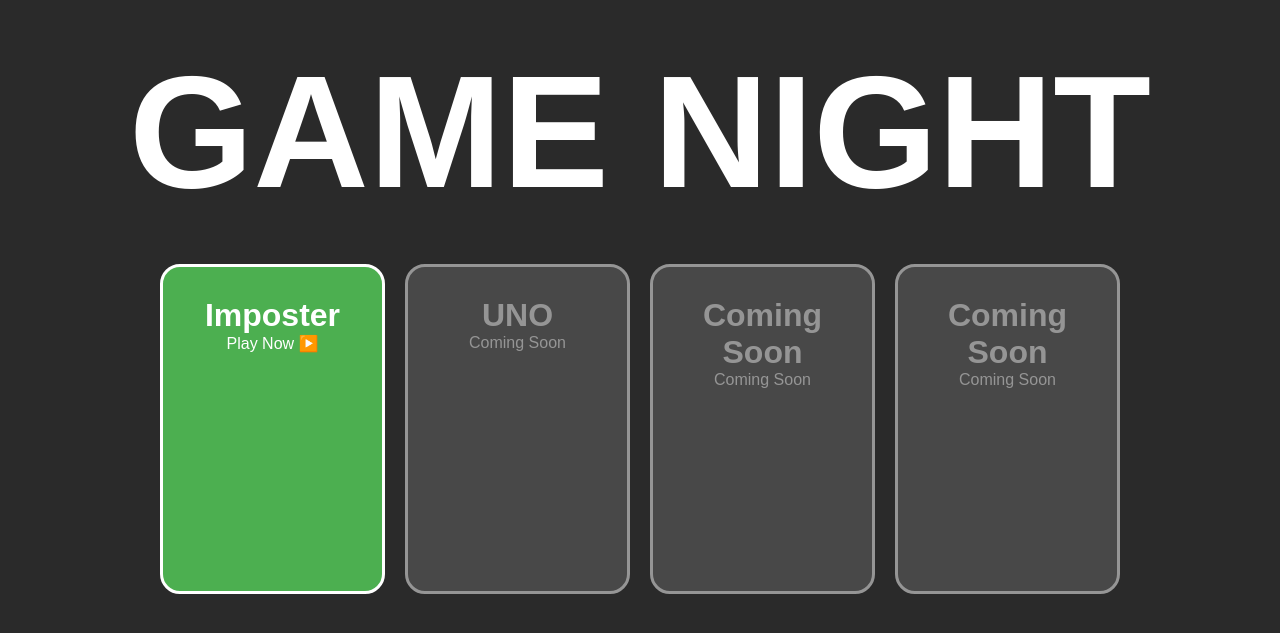
Repository: nfemmanuel/game-night-app
Page: /
These files come from the project's save history. The page is drawn as it stood at one moment and after the next save; the edit follows.
The browser window is 1280 px wide. The pictures show the whole page.
The project was rebuilt for these pictures with package versions that can differ from the ones it lists, and the page was loaded fresh each time.

Above is the page before, as saved 2025-12-31 16:33:09.

After the next save:
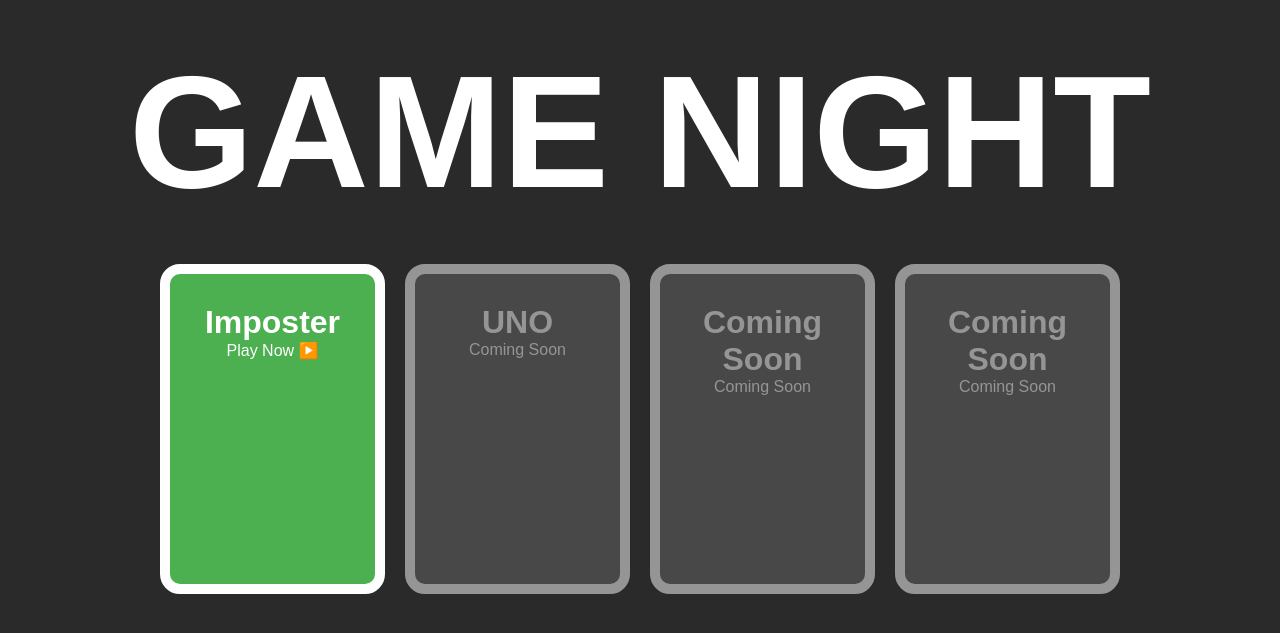
Saved 20 s later.
--- a/src/components/GameCard.module.css
+++ b/src/components/GameCard.module.css
@@ -3,7 +3,7 @@
     height: 330px;
     padding: 30px;
     border-radius: 20px;
-    border: 3px solid white;
+    border: 10px solid white;
     text-align: center;
     transition: all 0.3s ease;
 }
